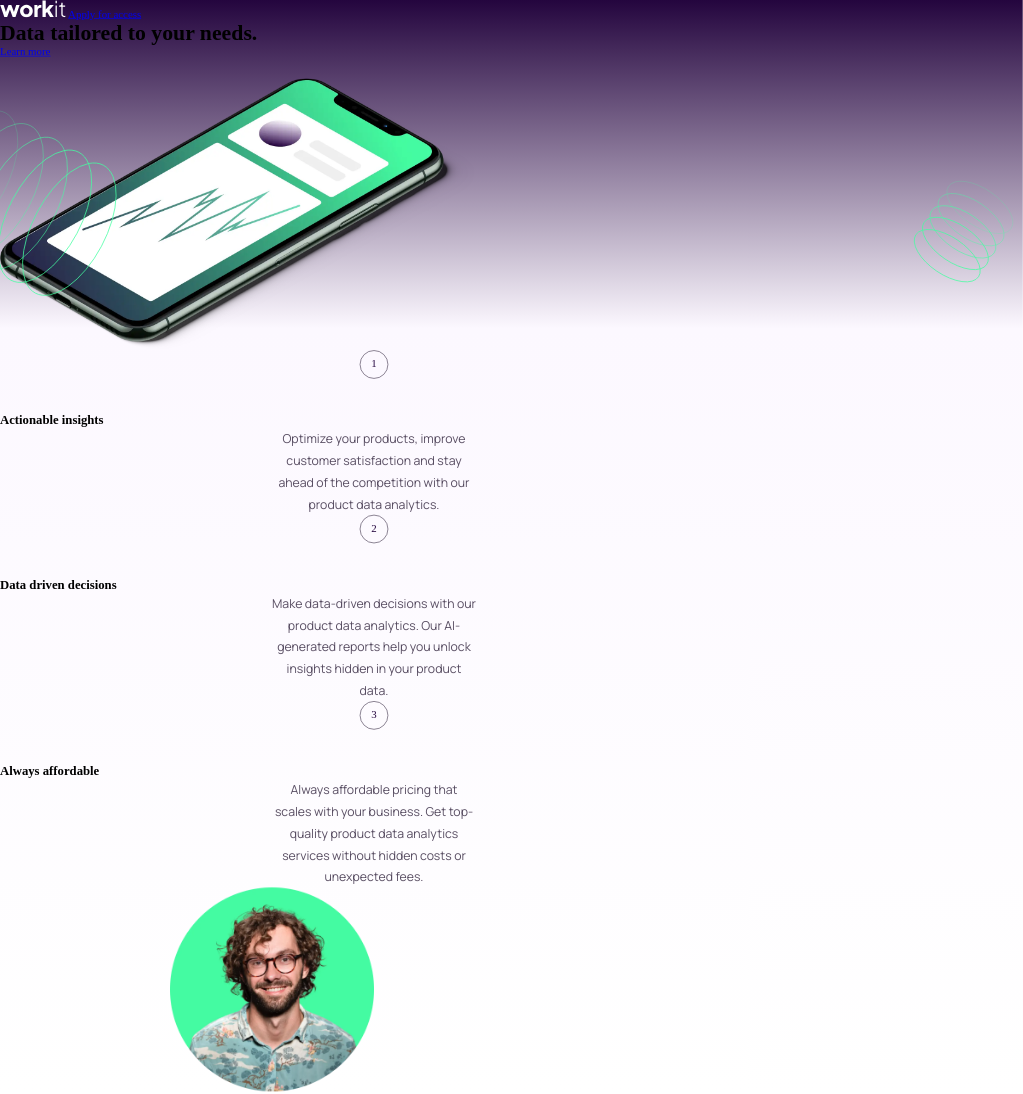
Repository: Arkitecth/landing_page
Page: starter-code/index.html
An editor plug-in stored every save of this project. The page is shown before and after the next save, followed by the edit.
The browser window is 1280 px wide. The page is 1504 px wide, so the pictures cover 1504 px, including what lies to the right of the window. The pictures show the whole page, at 68% of full size.

Above is the page before, as saved 2023-05-25 16:26:49.

### starter-code/index.html
<!DOCTYPE html>
<html lang="en">
<head>
  <meta charset="UTF-8">
  <meta http-equiv="X-UA-Compatible" content="IE=edge">
  <meta name="viewport" content="width=device-width, height=device-height, initial-scale=1.0, minimum-scale=1.0">
  <title>Work-it | Landing Page</title>
  <link rel="stylesheet" href="styles.css">
</head>
<body>
  <header id="header">
    <object class="bg-pattern-1" data="assets/images/bg-pattern-1.svg"></object>
    <object class="bg-pattern-2"data="assets/images/bg-pattern-2.svg"></object>
    <div class="container">
      <nav>
        <object data="assets/images/logo-light.svg"></object>
        <a class="btn-secondary" href="#">Apply for access</a>
      </nav>
      <div class="showcase">

        <h1>Data <span>tailored</span> to your needs.</h1>
        <a class="btn-primary"href="#">Learn more</a>
        <object class="image-hero" data="assets/images/image-hero.webp"></object>
      </div>
    </div>

  </header>


  <section id="feature">
    <div class="container grid">
      <div class="feature-content">
        <p class="feature-num">1</p>
        <h3>Actionable insights</h3>
        <p class="feature-paragraph">Optimize your products, improve customer satisfaction and stay ahead of the competition with our product data analytics.</p>
      </div>

      <div class="feature-content">
        <p class="feature-num">2</p>
        <h3>Data driven decisions</h3>
        <p class="feature-paragraph">Make data-driven decisions with our product data analytics. Our AI-generated reports help you unlock insights hidden in your product data.</p>
      </div>

      <div class="feature-content">
        <p class="feature-num">3</p>
        <h3>Always affordable</h3>
        <p class="feature-paragraph">Always affordable pricing that scales with your business. Get top-quality product data analytics services without hidden costs or unexpected fees.</p>
      </div>
    </div>
  </section>


  <section id="about">
    <div class="container">
        <object class="image-founder" data="assets/images/image-founder.webp" width="300" height="300"></object>
        <div class="about-text">

        </div>
    </div>
  </section>
</body>
</html>

### starter-code/styles.css
@font-face {
    font-family: "Fraunces";
    src: url("/Users/trenttuedon/Desktop/workit-landing-page/starter-code/assets/fonts/fraunces/Fraunces-VariableFont_SOFT,WONK,opsz,wght.ttf");

}

@font-face {
    font-family: "Manrope";
    src: url("starter-code/assets/fonts/manrope/Manrope-VariableFont_wght.ttf");

}

* {
    margin: 0;
    padding: 0;
}

html,body {
    background: linear-gradient(180deg, rgba(36,5,62,1) 0%, rgba(252,248,255,1) 30%, rgba(255,255,255,1) 100%);
    width: 1100px;
}


/* Showcase */
.container {
    max-width: 1100px;
    margin:  auto;
}

.overlay {
    width: 1500px;
    max-width: 1500px;
    height: 730px;
    background-color: #24053e;
    border-radius: 100% /0 0 80px 80px;
}
.navbar {
    color: #fff;
    display: flex;
    justify-content: space-between;
    position: relative;
    top: 50px;
}

.navbar a {
    text-decoration: none;
    color: #fff;
}

.secondary-default {
    font-family: sans-serif;
    border-bottom: 3px solid #44ffa1;
}

.secondary-default:hover {
    color: #44ffa1;
}

.bg-pattern-1 {
   position: absolute;
   left: -140px;
   top: 140px;
}

.bg-pattern-2 {
    position: absolute;
    left: 1330px;
    top: 250px;
 }

.heading {
    justify-content: center;
    width: 635px;
    height: 258px;
    margin: 0 auto;
    margin-top: 146px;
    text-align: center;
}

.heading h1 {
    font-family: Fraunces;
    color: #fff;
    font-weight: 600;
    line-height: 80px;
    margin-bottom: 40px;
    font-size: 5em;
}

.underline {
    text-decoration: underline;
    text-decoration-thickness: 2px;
    text-decoration-color: #44ffa1;
    text-underline-offset: 6px;
}

.primary-default {
    font-family: sans-serif;
    line-height: 40px;
    background-color: #44ffa1;
    border: 0;
    color: black;
    text-decoration: none;
    padding: 20px 40px;
}

.primary-default:hover {
    background-color: #24053e;
    color: #44ffa1;
    border: 1px solid #44ffa1;
}

.image-hero {
    display: block;
    margin-top: 30px;
    width: 700px;
    height: 400px;
}

/* Features */
.grid-container {
    display: grid;
    padding-top: 200px;
    grid-template-rows: 1fr 1fr;
    grid-template-columns: 1fr 1fr 1fr;
    font-family: "Fraunces";
    gap: 30px;
    text-align: center;
}


.feature-num {
    border: 1px solid #584d62;
    border-radius: 50%;
    width: 20px;
    height: 20px;
    padding: 10px;
    margin: auto;
    text-align: center;
    margin-bottom: 50px;
    color: #24053e;
}


.purple-overlay {
    background: #fdf8ff;
    border-radius: 0 0 50% 50% / 50px;
    width: 1500px;
    height: 600px;

}

.feature-heading {
    margin-bottom: 40px;
    font-weight: 600;
    color: #24053e;
}

.feature-paragraph {
    font-family: "Manrope";
    font-size: 1.13em;
    line-height: 32px;
    width: 300px;
    text-align: center;
    font-weight: 400;
    color: #584d62;
    margin: auto;

}


/* About Section */

.image-founder {
    margin-left: 250px;
}

.about{
    position: relative;
    color: #fff;
    background-color: #24053e;
    width: 730px;
    height: 413px;
    bottom: 200px;
    left: 400px;
    margin-left: 100px;
}

.about-container {
    text-align: left;
    padding: 70px;
}

.about-container h3 {
    font-family: "Fraunces";
    font-size: 3.5em;
    font-weight: 600;
    margin-bottom: 32px;
}

.about-container p {
    font-family: "Manrope";
    font-weight: 400;
    font-size: 1.15em;
    line-height: 32px;
    margin-bottom: 30px;
}

.about-container a {
    margin-top: 100px;
}

.bg-pattern-3 {
    position: relative;
    bottom: 120px;
    left: 400px;
}

/* Footer */

.spacing {
    margin-top: 100px;
}

footer {
    background-color: #fff;
    margin-left: 300px;
    text-align: center;
    padding-bottom: 100px;
}

.icons {
    margin-top: 40px;

}

.icon {
    padding: 0 20px 0 20px;
}


/* Media Queries */

@media (min-width: 768px) and (max-width: 1024px) {

    .body {
        background-color: black;
    }
    .bg-pattern-1 {
        left: -200px;
    }

    .bg-pattern-2 {
        left: 1330px;
        overflow: hidden;
    }
    .grid-container {
        display: grid;
        position: relative;
        grid-template-columns: none;
        grid-template-rows: repeat(3, 1fr);
        margin-top: 200px;
        padding: 20px;
        gap: 100px;
        text-align: left;
    }
    .feature-heading {
       text-align: left;
       margin-left: 300px;
       margin-bottom: 20px;
    }
    .feature-num {
        position: absolute;
        left: 250px;
        margin-top: 50px;

    }

    .feature-paragraph {
        text-align: left;
        width: 493px;
        height: 56px;
    }


}

@media(max-width: 480px) {
    html,body {
        background: linear-gradient(180deg, rgba(36,5,62,1) 0%, rgba(252,248,255,1) 10%, rgba(255,255,255,1) 100%);
        font-size: 100%;
    }

    .bg-pattern-1, .bg-pattern-2, .bg-pattern-3 {
        display: none;
    }

    .purple-overlay {
        height: 1300px;
    }

    .grid-container {
        display: grid;
        grid-template-columns: none;
        grid-template-rows: repeat(3, 1fr);
        font-size: 1.75rem;
    }

    .feature-num {
        padding: 20px;
        padding-top: 10px;
        text-align: center;
    }

    .about {
        margin-top: 120px;
        margin-left: 10px;
    }

    .about-container {
        text-align: center;
    }

    .image-founder {
        margin-left: 600px;
    }

    footer {
        height: 500px;
        margin-left: 400px
    }
}

### starter-code/assets/images/bg-pattern-1.svg
<svg xmlns="http://www.w3.org/2000/svg" width="341" height="317" viewBox="0 0 341 317"><g fill="none" fill-rule="evenodd" stroke="#44FFA1" transform="rotate(-152 159.204 128.626)"><ellipse cx="54" cy="107.125" rx="53.5" ry="106.5"/><ellipse cx="94.706" cy="107" rx="53.5" ry="106.5"/><ellipse cx="134.529" cy="107.344" opacity=".75" rx="52.5" ry="106.5"/><ellipse cx="175.705" cy="108.102" opacity=".5" rx="53.5" ry="106.5"/><ellipse cx="217.294" cy="107.508" opacity=".25" rx="52.5" ry="106.5"/></g></svg>

After the next save:
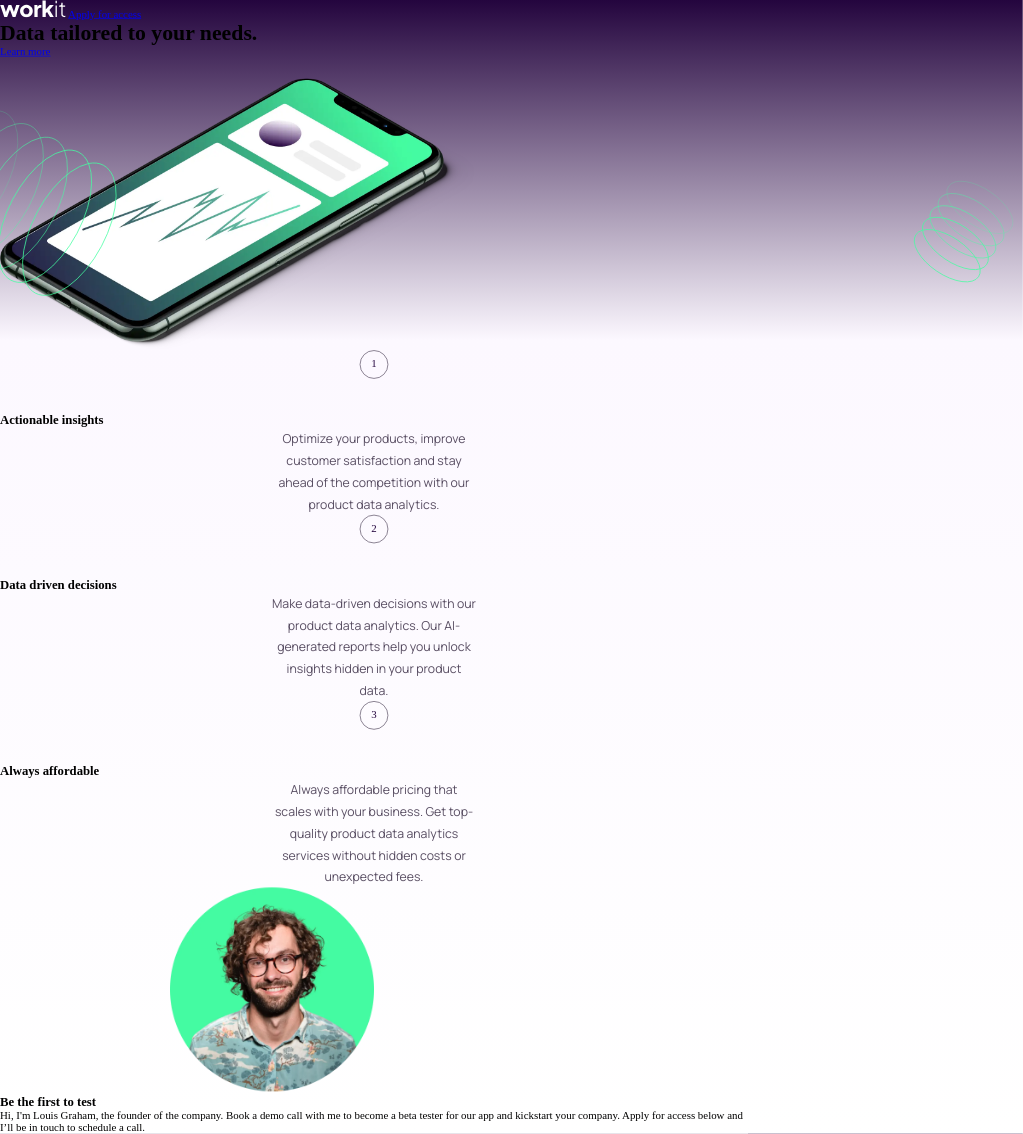
Saved 7 s later.
--- a/starter-code/index.html
+++ b/starter-code/index.html
@@ -54,7 +54,10 @@
     <div class="container">
         <object class="image-founder" data="assets/images/image-founder.webp" width="300" height="300"></object>
         <div class="about-text">
-
+          <h3> Be the first to test </h3>
+          <p> Hi, I'm Louis Graham, the founder of the company. Book a demo call with me to become a
+          beta tester for our app and kickstart your company. Apply for access below and I’ll be
+          in touch to schedule a call. </p>
         </div>
     </div>
   </section>
